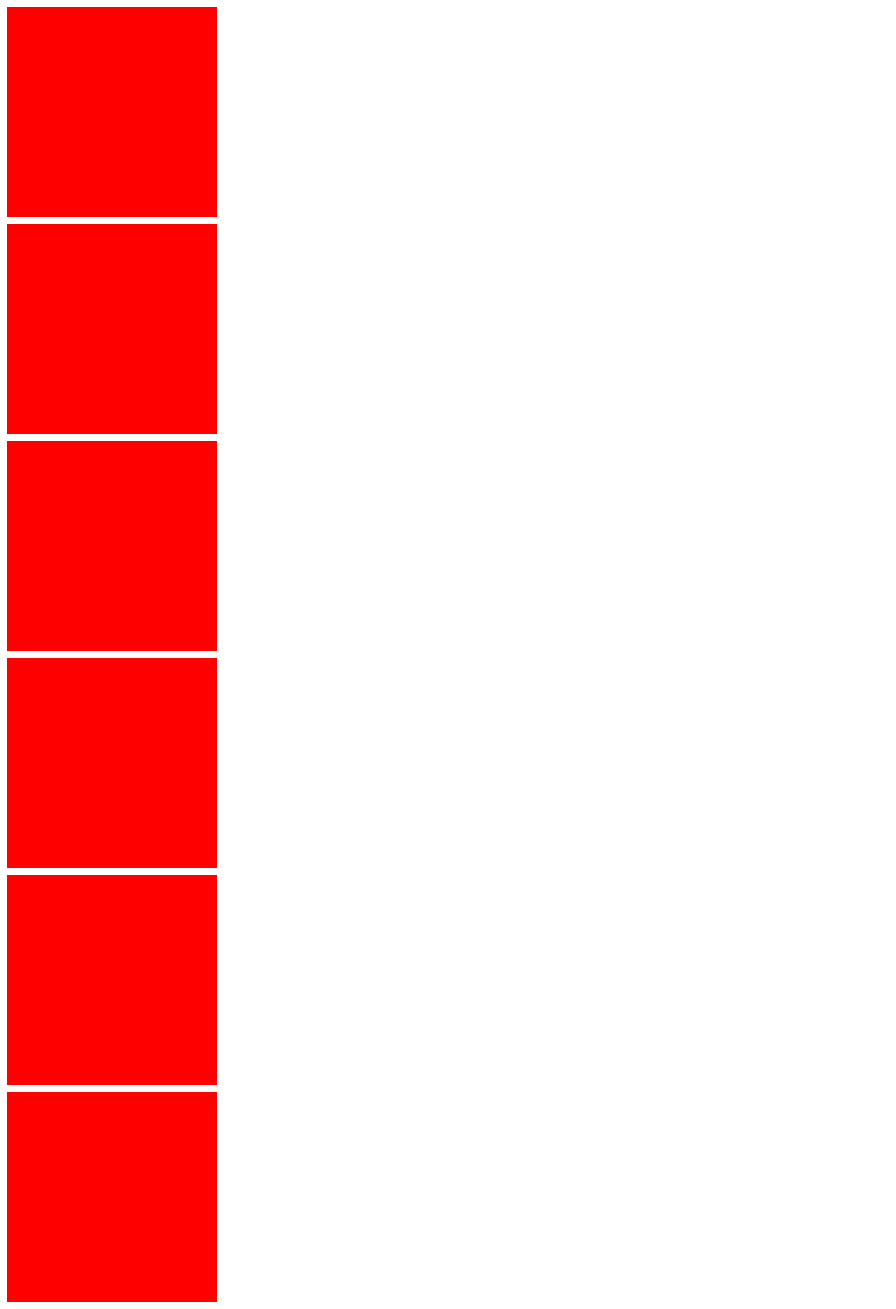
Repository: danilodscosta/CursoHTML
Page: aula1/aulascss.html
The author's editor kept a copy of each file at every save. The page is drawn from the files as they stood at one save, then again after the next save.
The browser window is 1280 px wide. The pictures show the whole page, at 70% of full size.

Above is the page before, as saved 2024-01-17 16:53:56.

After the next save:
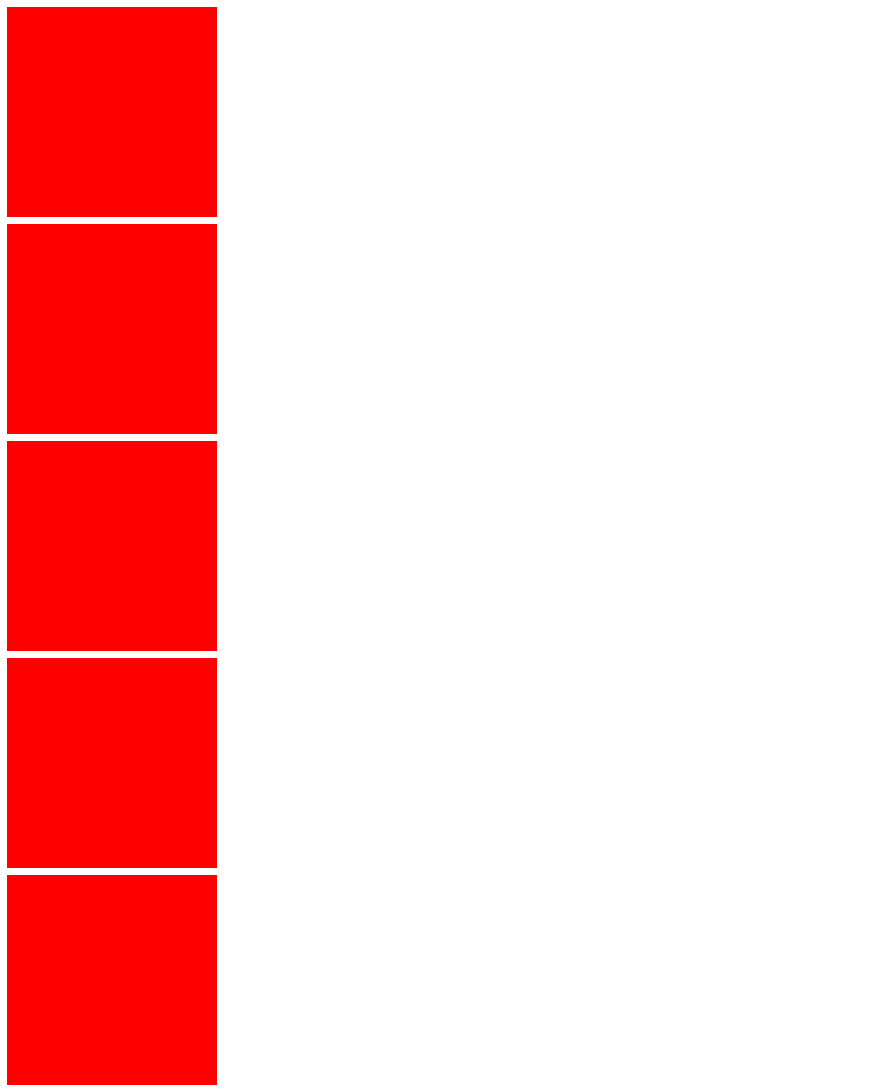
Saved 12 s later.
--- a/aula1/aulascss.html
+++ b/aula1/aulascss.html
@@ -26,10 +26,6 @@
         </div>
         <div class="col">
             <div class="col-content"></div>
-        </div>
-        <div class="col">
-            <div class="col-content"></div>
-        </div>
     </div>
 </body>
 </html>
